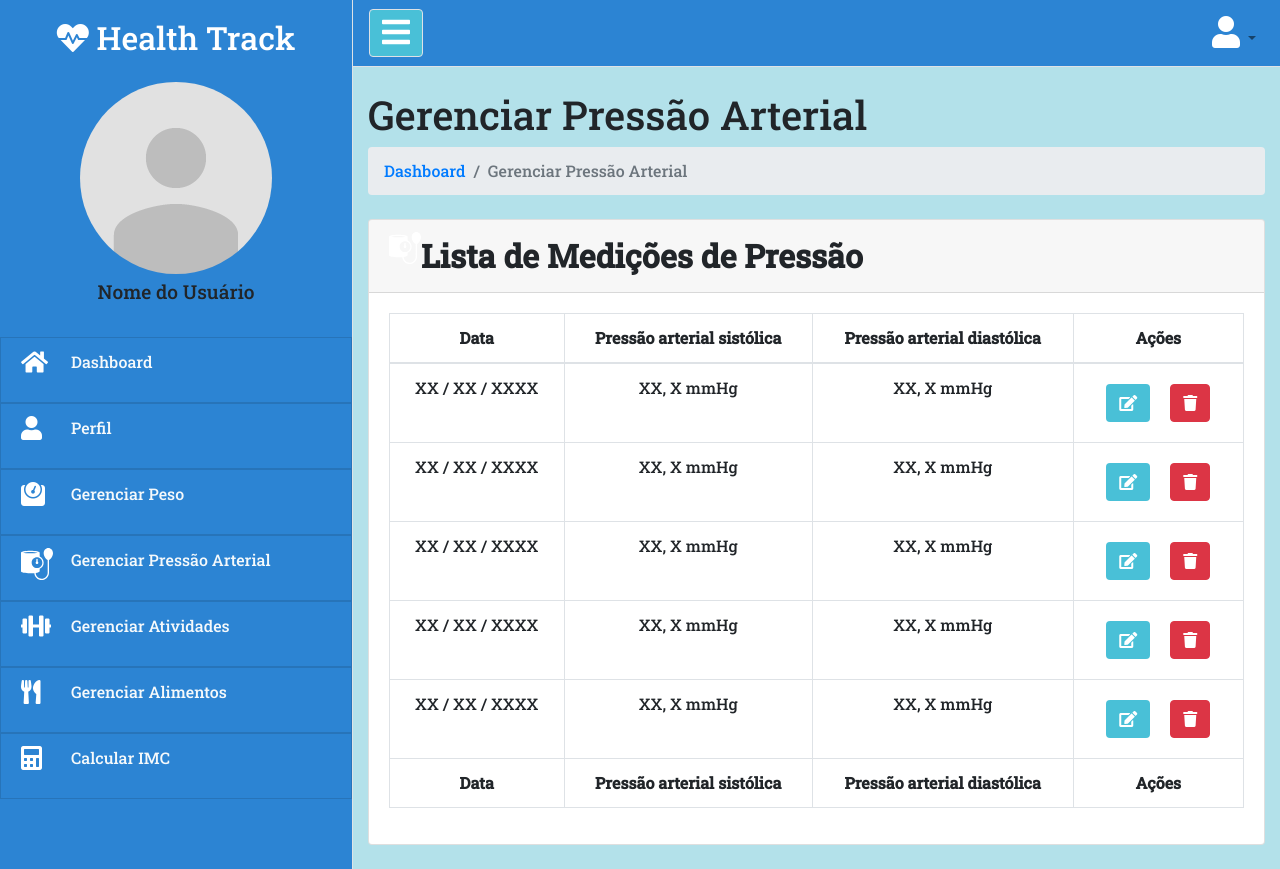
Repository: Kendysan88/projetoHealthTrack
Page: http://localhost/HealthTrack/blood-pressure.jsp
These files come from the project's save history. The page is drawn as it stood at one moment and after the next save; the edit follows.
The browser window is 1280 px wide. The pictures show the whole page.
Some web libraries are served in a nearby version. The page is served by Tomcat 9.

Above is the page before, as saved 2020-11-02 15:52:19.
Console error: TypeError: Cannot read properties of null (reading 'length')

After the next save:
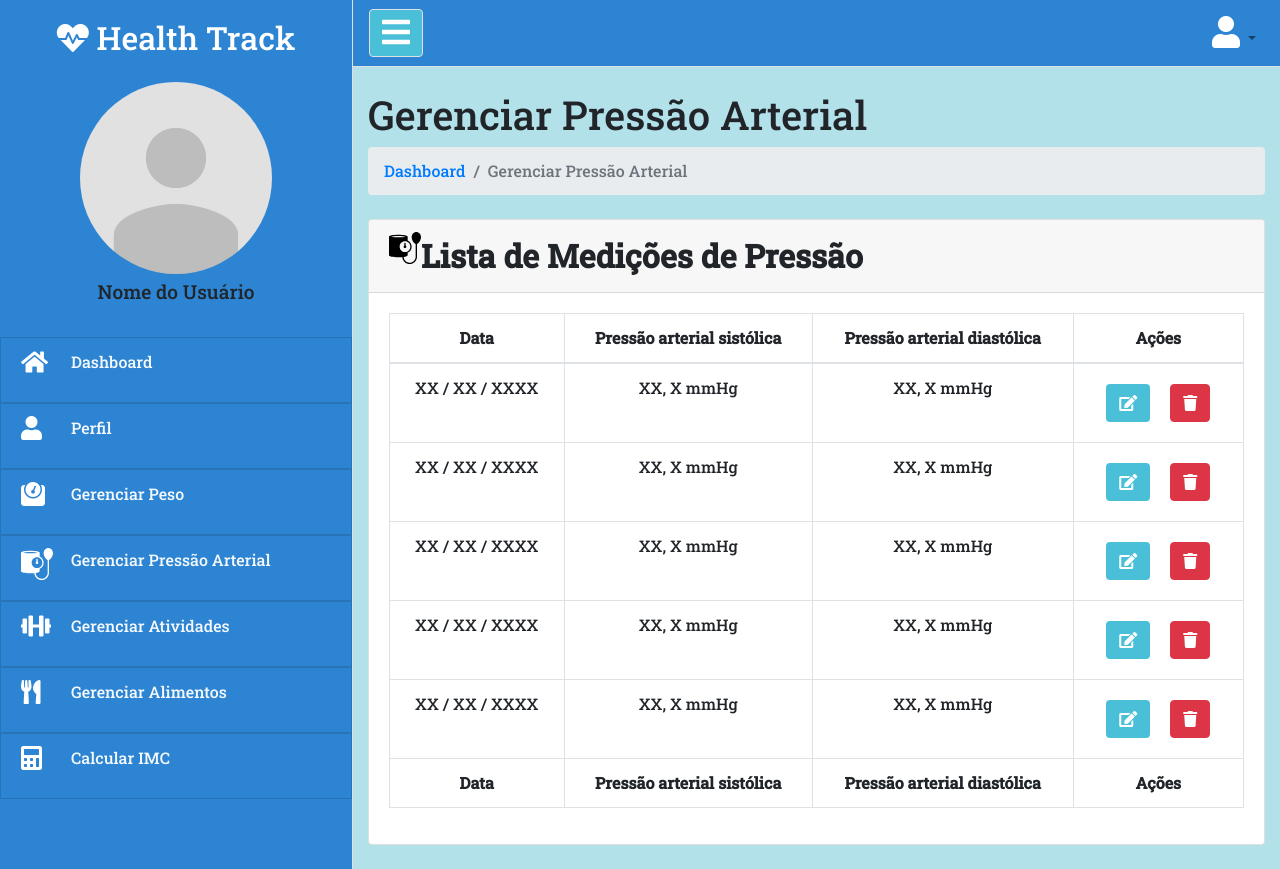
Saved 8 s later.
--- a/Integration/HealthTrack/WebContent/blood-pressure.jsp
+++ b/Integration/HealthTrack/WebContent/blood-pressure.jsp
@@ -30,7 +30,7 @@
 				</ol>
 				<div class="card mb-4">
 					<div class="card-header cartao-titulo">
-						<img src="resources/img/blood-pressure-white.svg"
+						<img src="resources/img/blood-pressure-black.svg"
 					class="icone-pressao-arterial-branco"> Lista de Medições de
 						Pressão
 					</div>
